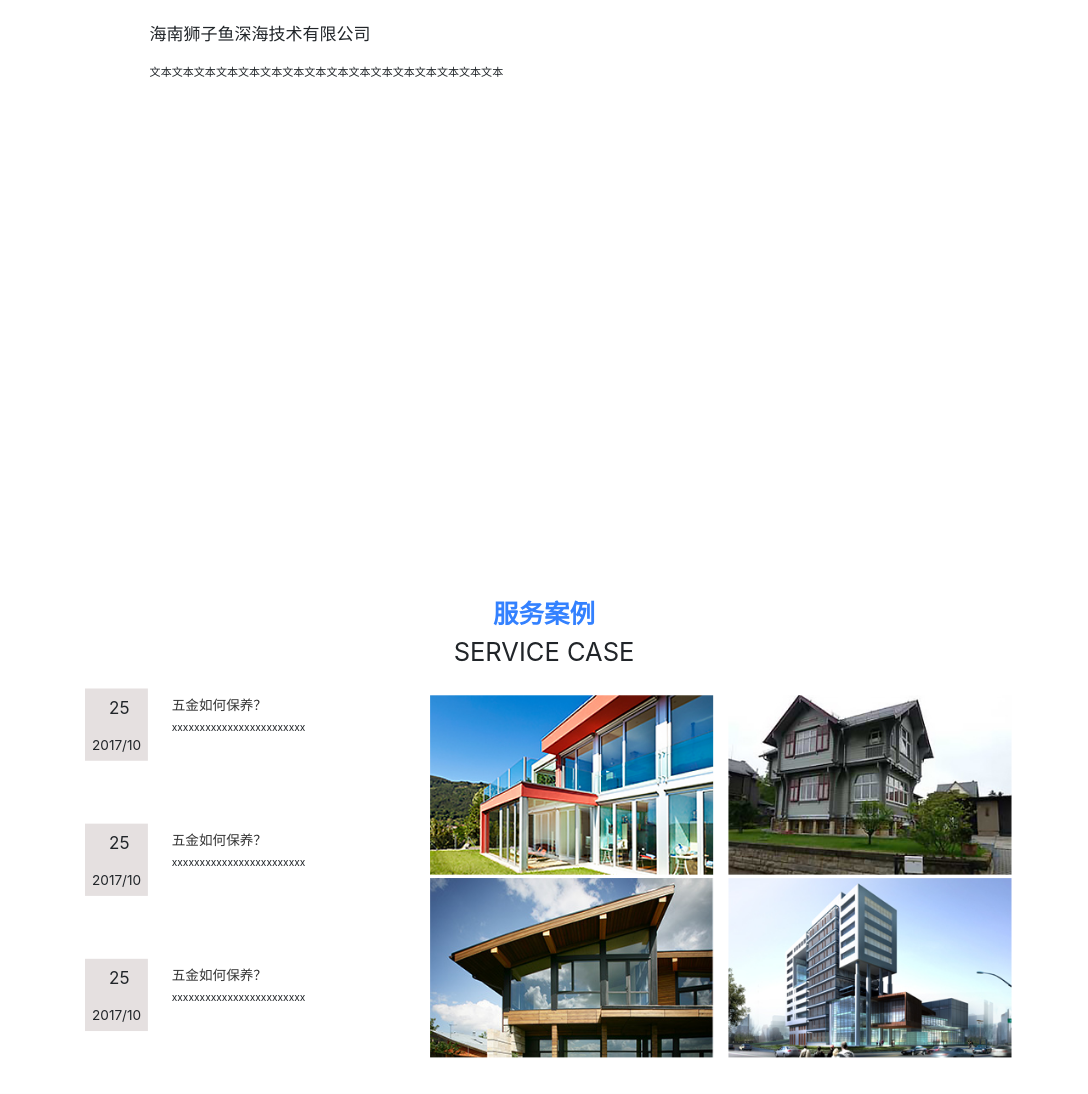
Repository: Noitom/Hadalsnailfish
Page: src/main/resources/static/html/main.html
An editor plug-in stored every save of this project. The page is shown before and after the next save, followed by the edit.
The browser window is 1280 px wide. The pictures show the whole page, at 85% of full size.

Above is the page before, as saved 2021-12-14 17:05:16.
Console error: TypeError: Cannot read properties of undefined (reading 'offsetTop')

After the next save:
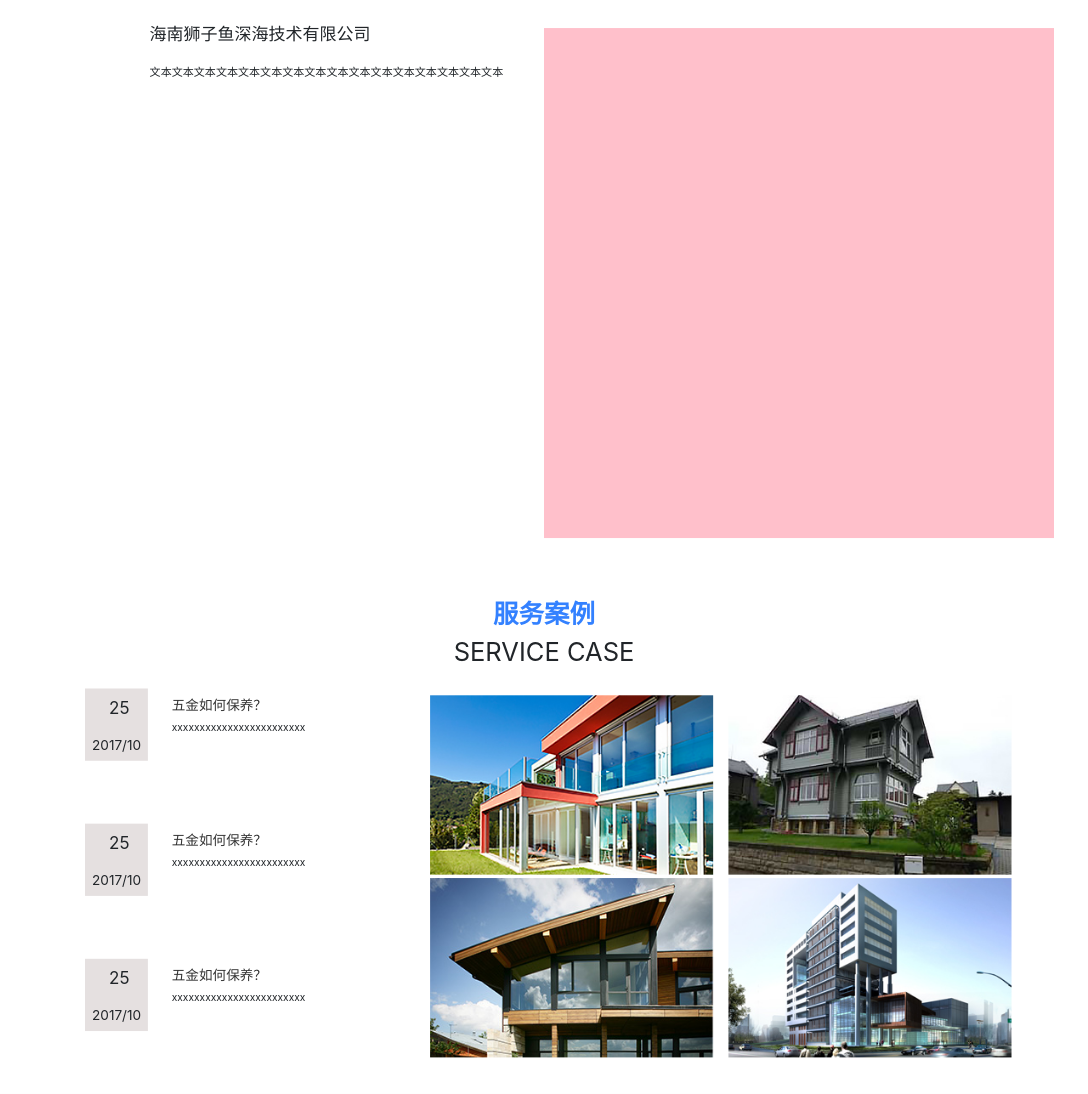
Saved 52 s later.
--- a/src/main/resources/static/css/cl-css.css
+++ b/src/main/resources/static/css/cl-css.css
@@ -154,6 +154,7 @@ a:hover{
     font-family: 微软雅黑;
 }
 .szy-tow-one {
+    width: 600px;
     height: 600px;
     position: absolute;
     left: 50%;
